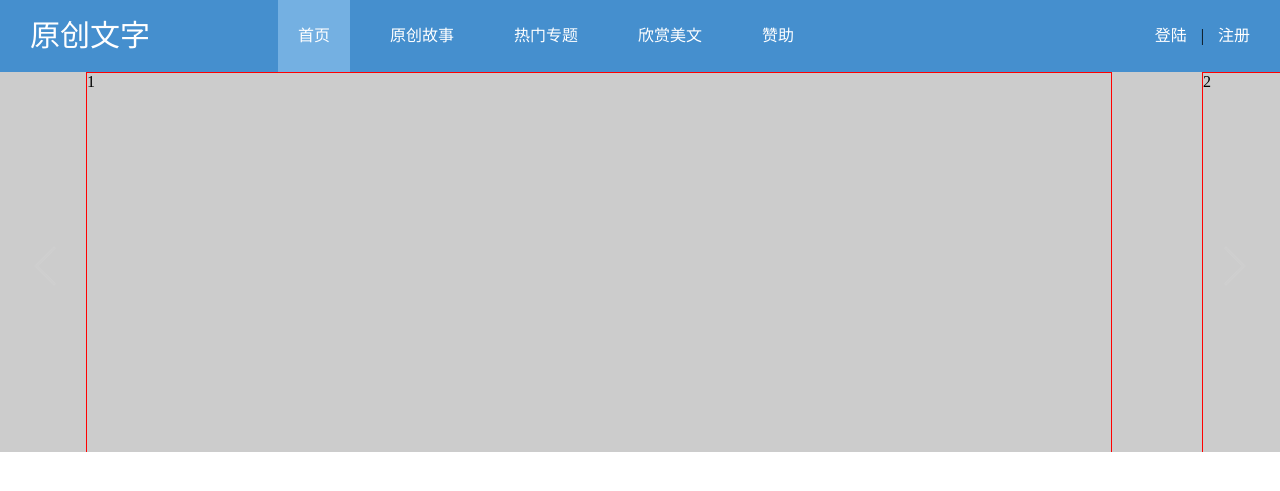
Repository: equation-zheng/Article
Page: http://localhost/Idles/index.jsp
An editor plug-in stored every save of this project. The page is shown before and after the next save, followed by the edit.
The browser window is 1280 px wide. The pictures show the whole page.
Some web libraries are served in a nearby version. The page is served by Tomcat 9.

Above is the page before, as saved 2017-12-06 04:05:25.

After the next save:
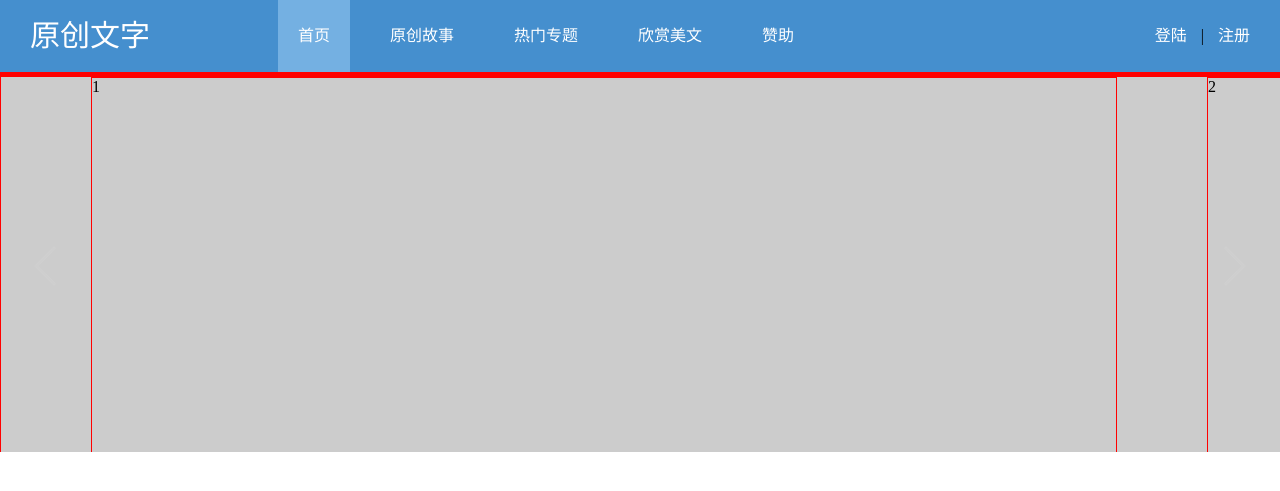
Saved 53 s later.
--- a/Service/apache-tomcat-7.0.82/Idles/WebContent/index.jsp
+++ b/Service/apache-tomcat-7.0.82/Idles/WebContent/index.jsp
@@ -85,7 +85,7 @@
 	.banner ul {
 		height: 380px;
 		width: 6750px;
-		border: solid 5px #red;
+		border: solid 5px red;
 		margin-left: -1120px;
 	}
 	.banner ul li {

After the 4 saves that followed:
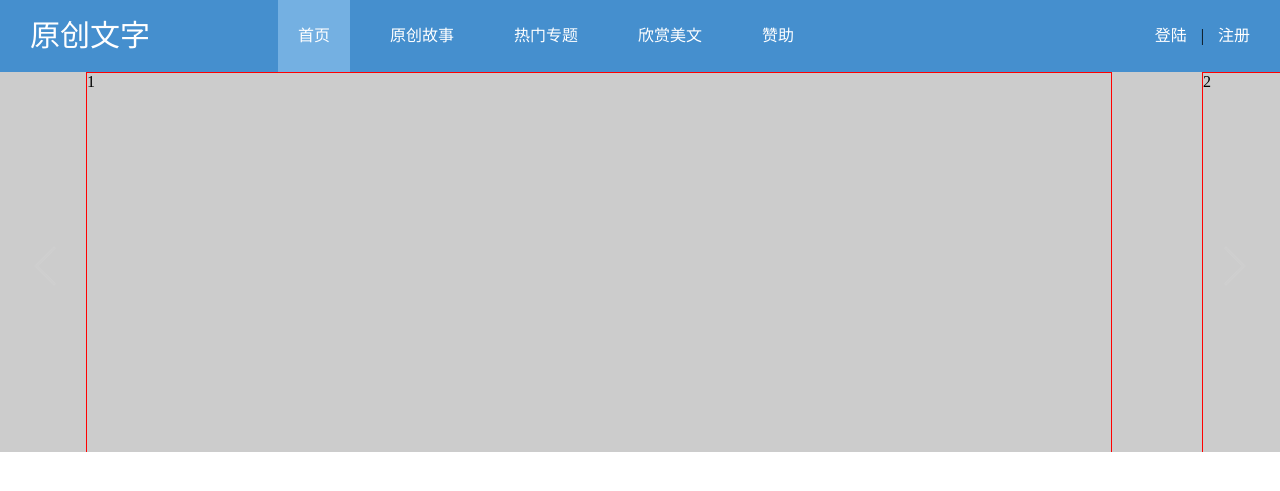
The 4 saves are shown as one change because 3 left the picture as it was.
The last was saved 12 min 10 s later.
--- a/Service/apache-tomcat-7.0.82/Idles/WebContent/index.jsp
+++ b/Service/apache-tomcat-7.0.82/Idles/WebContent/index.jsp
@@ -85,7 +85,6 @@
 	.banner ul {
 		height: 380px;
 		width: 6750px;
-		border: solid 5px red;
 		margin-left: -1120px;
 	}
 	.banner ul li {
@@ -146,6 +145,7 @@
 			<li>3<img src="" alt="" /></li>
 			<li>4<img src="" alt="" /></li>
 			<li>5<img src="" alt="" /></li>
+			<li>0<img src="" alt="" /></li>
 		</ul>
 	</div>
 </body>
@@ -157,7 +157,7 @@
 	var index = 0;
 	var imgwidth = $('.banner ul li').width()+95;
 	var len = $('.banner ul li').length - 2;
-	console.log(imgwidth*len+" | "+imgwidth*(len+2));
+	//console.log(imgwidth * len+" | "+imgwidth*(len+2));
 
 	function movePicture() {
 		$('.banner ul').animate({marginLeft : -imgwidth * (index + 1)}, 1000,
